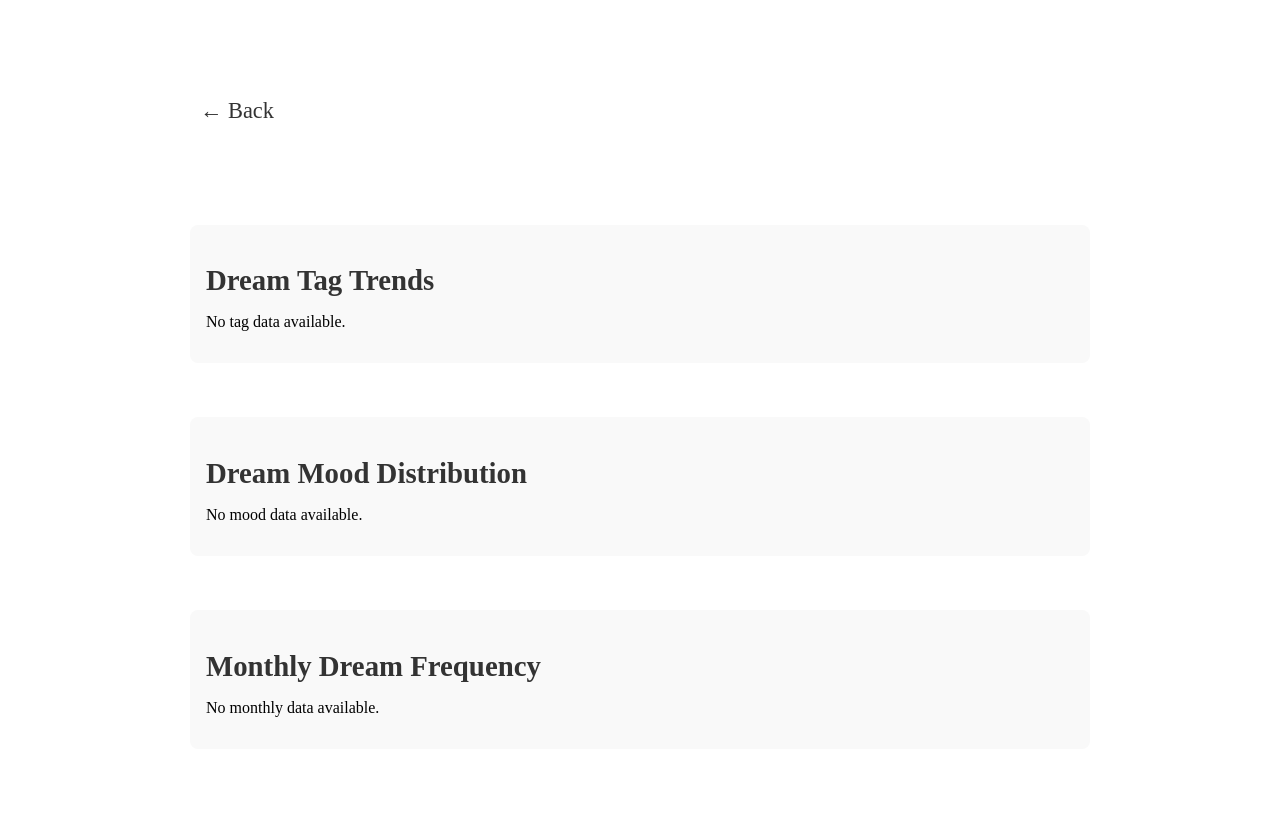
Repository: software-students-spring2025/2-web-app-blabla
Page: templates/analysis.html
The author's editor kept a copy of each file at every save. The page is drawn from the files as they stood at one save, then again after the next save.
The browser window is 1280 px wide. The pictures show the whole page.
Some web fonts or font styles are not loaded; a fallback is used. The template is drawn by Flask 3. The application's start-up code is not run. Other server files are loaded and not shown. The template is opened directly, without the code that normally fills it, so the values that code supplies are empty.

Above is the page before, as saved 2025-03-02 15:15:54.

### templates/analysis.html
<!DOCTYPE html>
<html>
  <head>
    <title>Analysis Page</title>
    <link rel="stylesheet" href="/static/css/style.css">
    <link href="https://fonts.googleapis.com/css2?family=Indie+Flower&display=swap" rel="stylesheet">
    <style>
      /* Center the container and give it a max width */
      .analysis-container {
        max-width: 900px;
        margin: 2rem auto;  /* Centers the container horizontally */
        padding: 1rem;
      }

      /* Style the back link */
      .back-link {
        display: inline-block;
        margin-bottom: 1rem;
        text-decoration: none;
        font-size: 1.4rem;  /* Increased font size */
        color: #333;
      }
      .back-link:hover {
        text-decoration: underline;
      }

      /* Space out each "trend-container" section, but not too much */
      .trend-container {
        margin-bottom: 1.2rem;  /* Slightly smaller gap between blocks */
        padding: 1rem;
        background: #f9f9f9;  /* Light background for contrast */
        border-radius: 8px;
      }

      /* Style each trend title with bigger font */
      .trend-container h2 {
        margin-bottom: 0.8rem;
        font-size: 1.8rem;  /* Larger title font size */
        color: #333;
      }

      /* Remove default list styling and space items out */
      .trend-container ul {
        list-style-type: none;
        padding-left: 0;
      }
      .trend-container li {
        margin-bottom: 0.5rem;
        font-size: 1.3rem;  /* Increase item font size */
      }
    </style>
  </head>
  <body>
    <div class="analysis-container">
      <a class="back-link" href="/home">← Back</a>

      <!-- 1) Tag Trends -->
      <div class="trend-container">
        <h2>Dream Tag Trends</h2>
        {% if tag_trends %}
          <ul>
            {% for trend in tag_trends %}
              <li><strong>{{ trend._id }}:</strong> {{ trend.count }} dreams</li>
            {% endfor %}
          </ul>
        {% else %}
          <p>No tag data available.</p>
        {% endif %}
      </div>

      <!-- 2) Mood Distribution -->
      <div class="trend-container">
        <h2>Dream Mood Distribution</h2>
        {% if mood_trends %}
          <ul>
            {% for trend in mood_trends %}
              <li><strong>{{ trend._id }}:</strong> {{ trend.count }} dreams</li>
            {% endfor %}
          </ul>
        {% else %}
          <p>No mood data available.</p>
        {% endif %}
      </div>

      <!-- 3) Monthly Dream Frequency -->
      <div class="trend-container">
        <h2>Monthly Dream Frequency</h2>
        {% if month_trends %}
          <ul>
            {% for trend in month_trends %}
              <li>
                <strong>{{ trend._id.year }}-{{ trend._id.month }}:</strong>
                {{ trend.count }} dreams
              </li>
            {% endfor %}
          </ul>
        {% else %}
          <p>No monthly data available.</p>
        {% endif %}
      </div>
    </div>
  </body>
</html>

### static/css/style.css
@import url("https://fonts.googleapis.com/css2?family=Indie+Flower&display=swap");

body {
    font-family: 'Indie Flower', cursive;
    overflow-y:hidden
}

nav{
    display: flex;
    align-items: center;
    height: 100px;
    padding: 12px;
}

.home-container{
    padding:12px;
}

.search-icon{
    width: 60px;
    height: 60px;
}

.bubble-container {
    position: absolute;
    left: 50%;
    transform: translateX(-50%);
    display: flex;
    justify-content: center;
    align-items: stretch;
    width: 100vw;
    z-index: 2;
}

.bubble-img{
    height:860px;
    width: 1000px;
}

.bear-container{
    display:flex;
    flex-direction: column;
    justify-content: flex-end;
    height:90vh;
}

.dream-button{
    position:absolute;
    width:260px;
    height:198px;
    z-index: 2;
    font-size: 24pt;
    font-family: 'Indie Flower', cursive;
    top:80%;
    left: 50%;
    transform: translateX(-50%);
    fill:none;
    background-color: white;
    border: 12pt solid black;
    border-radius: 5pt;
}

.edit-container {
    display: flex;
    flex-direction: column;
    justify-content: space-between;
    width: 100vw;
    height: 100vh;
}

#tag-container{
    display:flex;
    justify-content: center;
    align-items: center;
    width:100vw;
    gap:50px;
    padding:12px;
    margin-top:80px;
}

.tag{
    width:156px;
    height:67px;
    font-size:24pt;
    background-color: transparent;
    border: 2pt solid black;
    border-radius: 5pt;

}

.back-link{
    font-size: 24pt;
    text-decoration: none;
    padding:50px 10px;
    color:black;
    display: block;
    text-align: left;
}

.input-container{
    display:flex;
    justify-content:center;
    margin-top: 40px;
}

#dream-description {
    width: 80%;
    max-width: 624px;
    height: 400px;
    padding: 10px;
    font-size: 18px;
    box-sizing: border-box;
    border: 2px solid black;
}

.button-container{
    display:flex;
    justify-content:center;
    gap:15px;
    margin-top:40px;
}

.edit-button{
    width: 156px;
    height:67px;
    font-size:24pt;
    background-color: transparent;
    border: 2px solid black;
    border-radius: 5px
}

.bear{
    display:flex;
    flex-direction: column;
    justify-content: flex-end;
    height:auto;
}

.analysis-container {
    display: flex;
    flex-direction: column;
    justify-content: space-between;
    width: 100vw;
    height: 100vh;
}

#dream-search{
    width:624px;
    height: 42px;
    font-size:24pt;
}

.login-container {
    display: flex;
    flex-direction: column;
    justify-content: center;
    align-items: center;
    width: 100vw;
    height: 100vh;
}

.input-container {
    display: flex;
    flex-direction: column;
    align-items: flex-start;
    margin-bottom: 15px;
}

.input-container label {
    font-size: 18px;
    margin-bottom: 5px;
}

.input-container input {
    width: 260px;
    height: 30px;
    font-size: 16px;
    border: 1px solid black;
    padding: 5px;
}

.button-container {
    margin-top: 20px;
}

.login-button {
    width: 260px;
    height: 40px;
    font-size: 18px;
    background-color: #D9D9D9;
    border: 2px solid black;
    border-radius: 5px;
    cursor: pointer;
}

.signup-text {
    font-size: 14px;
    margin-top: 15px;
}

.signup-link {
    font-size: 18px;
    font-weight: bold;
    text-decoration: none;
    color: black;
}

.login-image {
    width: 125px;
    height: 125px;
}

.signup-container {
    display: flex;
    flex-direction: column;
    justify-content: center;
    align-items: center;
    width: 100vw;
    height: 100vh;
}

.signup-button {
    width: 260px;
    height: 40px;
    font-size: 18px;
    background-color: #D9D9D9;
    border: 2px solid black;
    border-radius: 5px;
    cursor: pointer;
}

.signup-image {
    width: 125px;
    height: 125px;
}

.adddream-container {
    display: flex;
    flex-direction: column;
    justify-content: flex-start;
    align-items: center;
    width: 100vw;
    height: 100vh;
    padding: 20px;
}

.bear-header {
    margin-top: 60px;
    margin-bottom: 20px;
}
.bear-image {
    width: 150px;
    height: auto;
}

.date-container {
    margin-bottom: 20px;
    text-align: left;
    width: 80%;
    max-width: 624px;
}
.date-label {
    display: block;
    font-size: 16px;
    margin-bottom: 8px;
}
.date-inputs {
    display: flex;
    gap: 10px;
}
.date-inputs input {
    width: 90px;
    border: 1px solid black;
    padding: 5px;
    font-size: 16px;
    text-align: center;
}

.tags-container {
    margin-bottom: 20px;
    width: 80%;
    max-width: 624px;
}
.tags-container p {
    font-size: 16px;
    margin-bottom: 10px;
}
.tag {
    background-color: transparent;
    border: 2px solid black;
    border-radius: 5px;
    font-size: 18px;
    margin: 5px;
    padding: 5px 10px;
    cursor: pointer;
}

.description-container {
    width: 80%;
    max-width: 624px;
    margin-bottom: 20px;
}
.description-container label {
    display: block;
    font-size: 16px;
    margin-bottom: 8px;
}
#dream-description {
    width: 100%;
    height: 150px;
    border: 2px solid black;
    font-size: 16px;
    padding: 10px;
    box-sizing: border-box;
}

.save-dream-button {
    width: 220px;
    height: 40px;
    font-size: 18px;
    background-color: #D9D9D9;
    border: 2px solid black;
    border-radius: 5px;
    cursor: pointer;
}

.flash-message {
    font-weight: bold;
    margin: 10px 0;
  }

  .flash-message.error {
    color: red;
  }

  .flash-message.success {
    color: green;
  }
  /* Star Cloud Container */
  #star-container {
    position: absolute;
    top: 0;
    left: 0;
    width: 100%;
    height: 500px; /* 根据需要调整高度 */
    background: transparent;
    z-index: 3; /* 确保高于背景但低于其他关键元素 */
  }


  /* Star Button Style */
  .star {
    width: 50px;
    height: 50px;
    background: url("/static/images/star.svg") no-repeat center;
    background-size: contain;
    position: absolute;
    cursor: pointer;
  }

  /* Tooltip on hover for star button */
  .star:hover::after {
    content: attr(title);
    position: absolute;
    bottom: -25px;
    left: 0;
    background: rgba(255, 255, 255, 0.8);
    color: #000;
    padding: 3px 5px;
    border-radius: 3px;
    white-space: nowrap;
    z-index: 999;
  }

#search-box{
    width:300px;
    height:50px;
    font-size: 16pt;
    padding-left: 20px;
    display: none;
}

.analysis-button {
    font-family: 'Indie Flower', cursive;
    padding: 10px 20px;
    font-size: 24px;
    border: none;
    border-radius: 5px;
    cursor: pointer;
  }

.center-button-container {
    position: absolute;
    left: 50%;
    transform: translate(-50%, -50%);
}

After the next save:
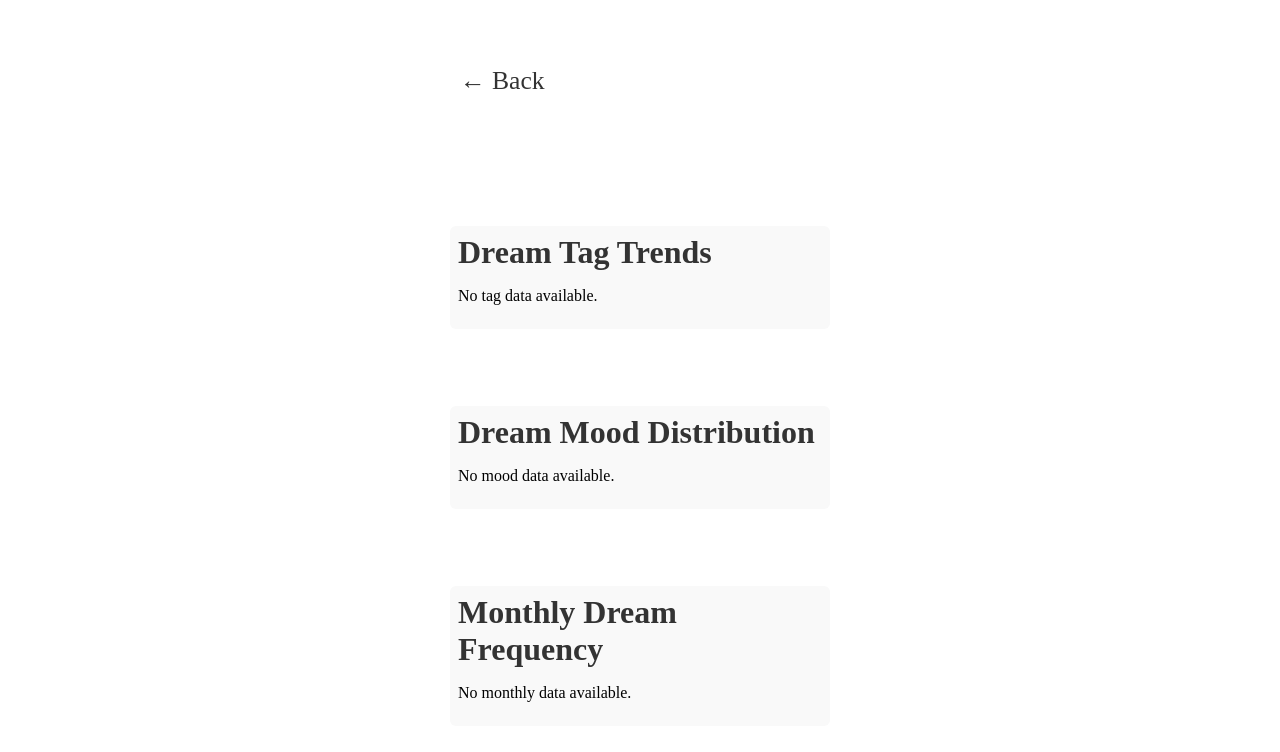
Saved 2 min 34 s later.
--- a/templates/analysis.html
+++ b/templates/analysis.html
@@ -5,48 +5,57 @@
     <link rel="stylesheet" href="/static/css/style.css">
     <link href="https://fonts.googleapis.com/css2?family=Indie+Flower&display=swap" rel="stylesheet">
     <style>
-      /* Center the container and give it a max width */
-      .analysis-container {
-        max-width: 900px;
-        margin: 2rem auto;  /* Centers the container horizontally */
-        padding: 1rem;
+      /* Remove default body margin/padding to maximize mobile space */
+      body {
+        margin: 0;
+        padding: 0;
+        font-family: 'Indie Flower', cursive;
       }
 
-      /* Style the back link */
+      /* Container that centers content and restricts width for mobile */
+      .analysis-container {
+        max-width: 380px;       /* Slightly narrower than 393px for safe padding */
+        margin: 0.5rem auto;    /* Minimal vertical margin, centered horizontally */
+        padding: 0.5rem;
+      }
+
+      /* Style the back link with bigger text */
       .back-link {
         display: inline-block;
-        margin-bottom: 1rem;
+        margin-bottom: 0.8rem;
         text-decoration: none;
-        font-size: 1.4rem;  /* Increased font size */
+        font-size: 1.6rem;    /* Bigger for easy tapping on mobile */
         color: #333;
       }
       .back-link:hover {
         text-decoration: underline;
       }
 
-      /* Space out each "trend-container" section, but not too much */
+      /* Trend containers: reduced gap, minimal padding */
       .trend-container {
-        margin-bottom: 1.2rem;  /* Slightly smaller gap between blocks */
-        padding: 1rem;
-        background: #f9f9f9;  /* Light background for contrast */
-        border-radius: 8px;
+        margin-bottom: 0.6rem; /* Smaller gap between sections */
+        padding: 0.5rem;
+        background: #f9f9f9;
+        border-radius: 6px;
       }
 
-      /* Style each trend title with bigger font */
+      /* Larger, bolder headings for mobile readability */
       .trend-container h2 {
-        margin-bottom: 0.8rem;
-        font-size: 1.8rem;  /* Larger title font size */
+        margin: 0 0 0.4rem 0;
+        font-size: 2rem;      /* Nice and big for a phone screen */
         color: #333;
       }
 
-      /* Remove default list styling and space items out */
+      /* Simple list styling with bigger font size */
       .trend-container ul {
         list-style-type: none;
         padding-left: 0;
+        margin: 0;
       }
       .trend-container li {
-        margin-bottom: 0.5rem;
-        font-size: 1.3rem;  /* Increase item font size */
+        margin-bottom: 0.4rem;
+        font-size: 1.6rem;    /* Larger list text */
+        line-height: 1.2;     /* Slightly tighter line spacing */
       }
     </style>
   </head>
